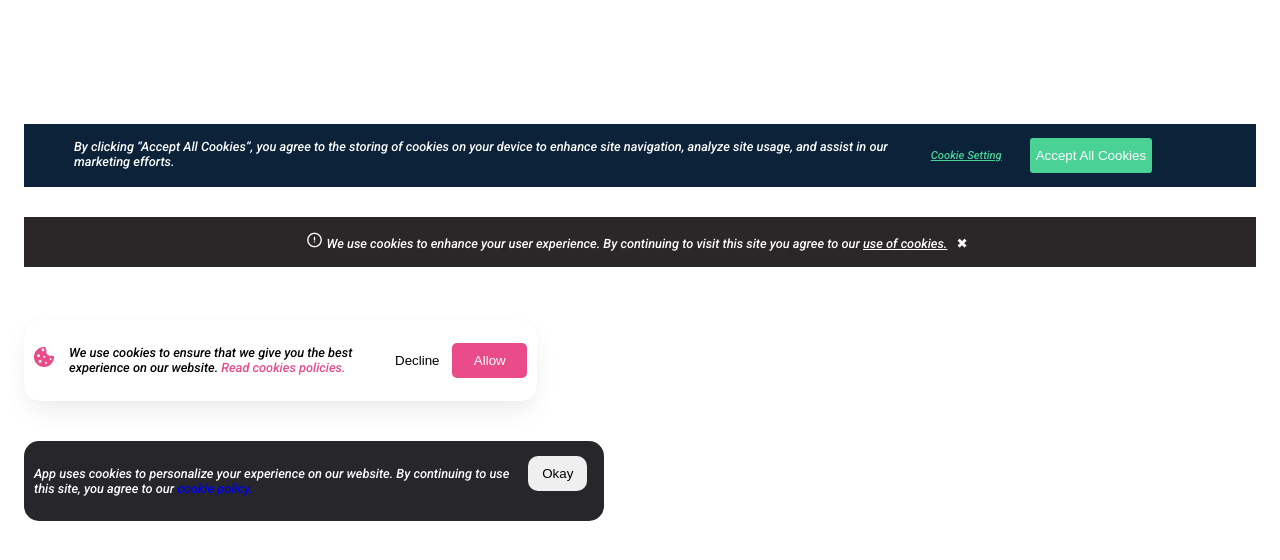
Repository: batonAnton/cursor_cookies_lectr3
Page: index.html
An editor plug-in stored every save of this project. The page is shown before and after the next save, followed by the edit.
The browser window is 1280 px wide. The pictures show the whole page.

Above is the page before, as saved 2022-06-01 13:26:52.

After the next save:
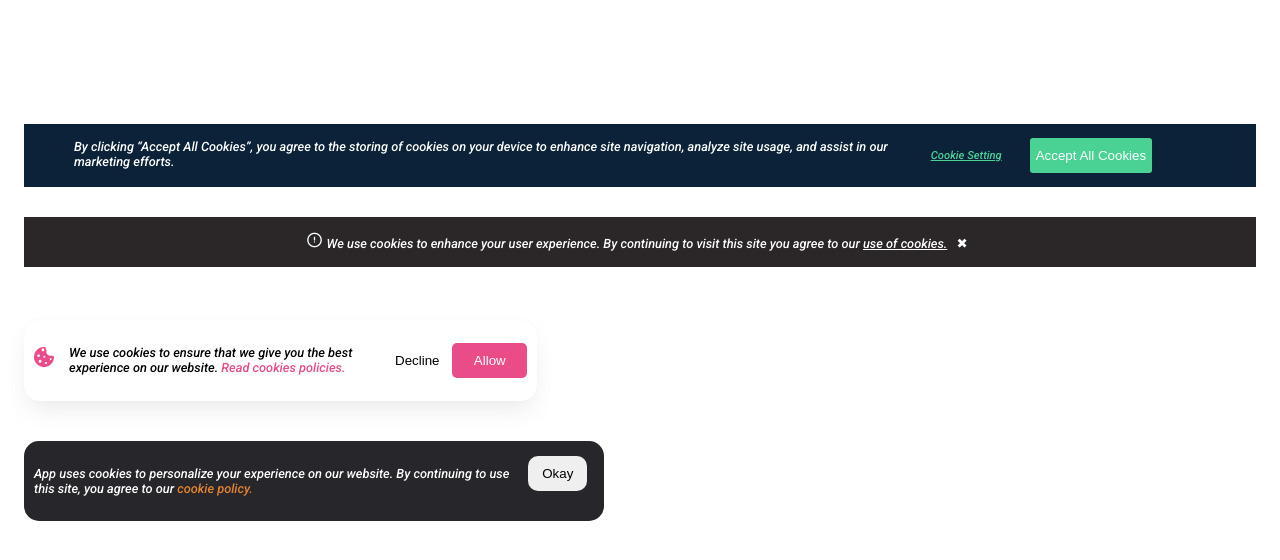
Saved 6 min 38 s later.
--- a/css/style.css
+++ b/css/style.css
@@ -120,7 +120,7 @@ p {
 
 .banner_4 a {
   display: contents;
-  color: ;
+  color: #E6842E;
 }
 
 .banner_4 button {
